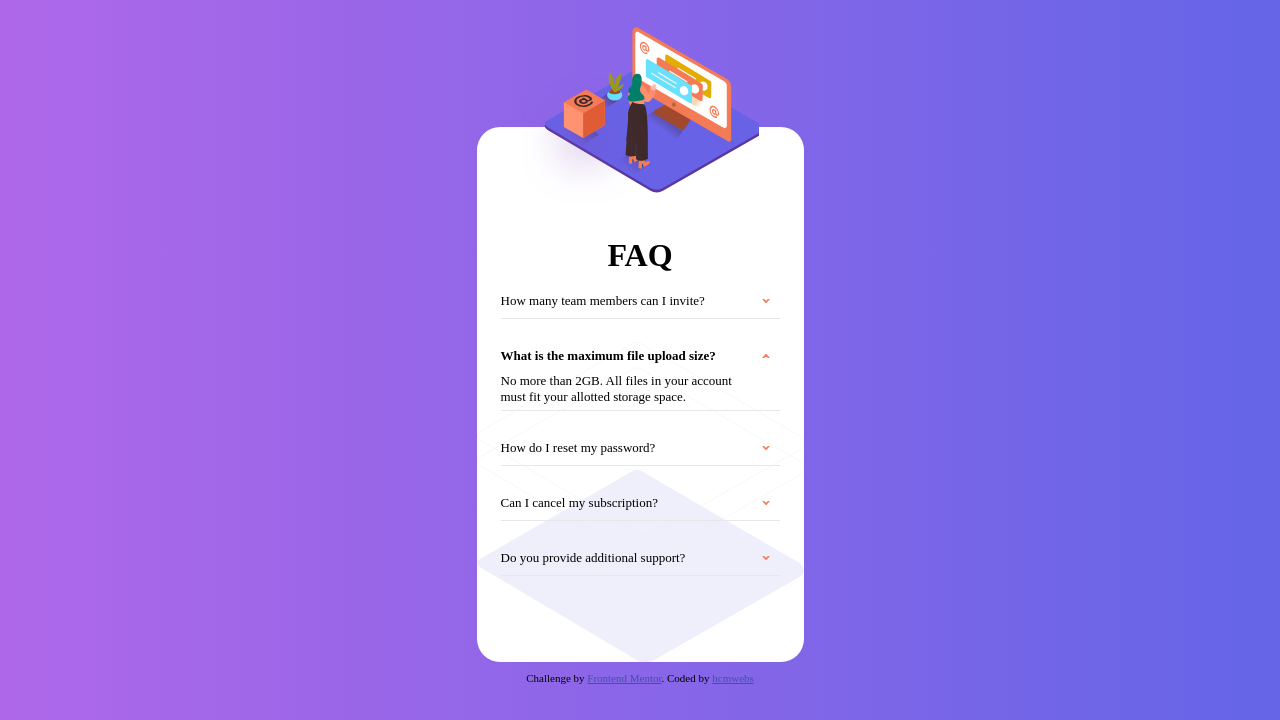
Repository: Hcmwebs/faq-accordion-card
Page: index.html
An editor plug-in stored every save of this project. The page is shown before and after the next save, followed by the edit.
The browser window is 1280 px wide. The pictures show the whole page.
The style sheet was rebuilt from its Sass, Less or Tailwind sources for each picture, by a compiler version that may differ from the author's.

Above is the page before, as saved 2020-11-06 13:02:31.

After the next save:
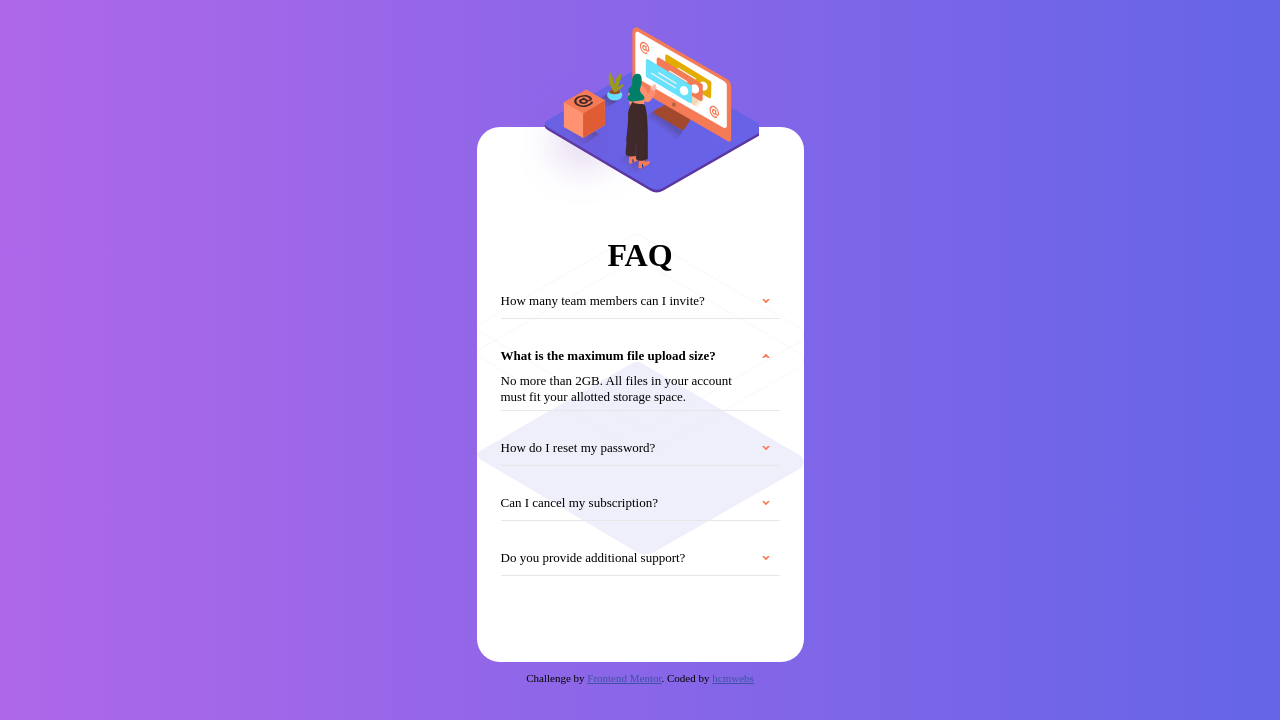
Saved 52 s later.
--- a/scss/_medias.scss
+++ b/scss/_medias.scss
@@ -9,7 +9,7 @@
     .card{
       background-image:url(/images/bg-pattern-desktop.svg);
       background-size:contain;
-      background-position: bottom left;
+      background-position:left center;
     }
   }
 }
